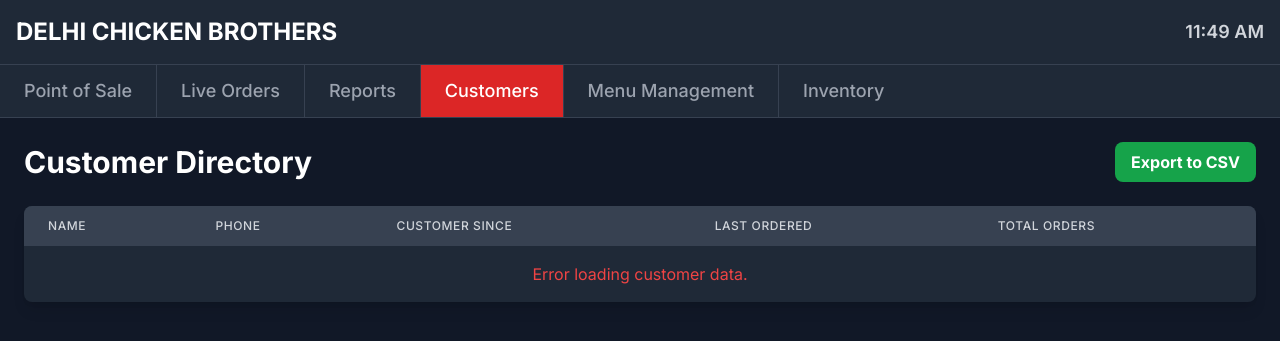
Repository: roydigital/dcb-pos-app
Page: customers.html
An editor plug-in stored every save of this project. The page is shown before and after the next save, followed by the edit.
The browser window is 1280 px wide. The pictures show the whole page.
The page's requests for data from a server got no answer. Some web libraries are served in a nearby version.

Above is the page before, as saved 2025-09-19 11:39:01.

### customers.html
<!DOCTYPE html>
<html lang="en">
<head>
    <meta charset="UTF-8">
    <meta name="viewport" content="width=device-width, initial-scale=1.0">
    <title>Customer Directory - DCB POS</title>
    <script src="https://cdn.tailwindcss.com"></script>
    <link rel="preconnect" href="https://fonts.googleapis.com">
    <link rel="preconnect" href="https://fonts.gstatic.com" crossorigin>
    <link href="https://fonts.googleapis.com/css2?family=Inter:wght@400;500;600;700&display=swap" rel="stylesheet">
    <style>
        body {
            font-family: 'Inter', sans-serif;
        }
    </style>
</head>
<body class="bg-gray-900 text-gray-200">
    <div class="flex flex-col h-screen">
        <!-- Header -->
        <header class="bg-gray-800 p-4 flex justify-between items-center shadow-md">
            <h1 class="text-2xl font-bold text-white">DELHI CHICKEN BROTHERS</h1>
            <div id="current-time" class="text-lg font-semibold text-gray-300"></div>
        </header>

        <!-- Navigation Bar -->
        <nav class="bg-gray-800 border-t border-b border-gray-700">
            <div class="flex">
                <a href="index.html" class="px-6 py-3 text-lg font-medium text-gray-400 hover:bg-gray-700 border-r border-gray-700">Point of Sale</a>
                <a href="live-orders.html" class="px-6 py-3 text-lg font-medium text-gray-400 hover:bg-gray-700 border-r border-gray-700">Live Orders</a>
                <a href="reports.html" class="px-6 py-3 text-lg font-medium text-gray-400 hover:bg-gray-700 border-r border-gray-700">Reports</a>
                <a href="customers.html" class="px-6 py-3 text-lg font-medium bg-red-600 text-white border-r border-gray-700">Customers</a>
                <a href="menu-management.html" class="px-6 py-3 text-lg font-medium text-gray-400 hover:bg-gray-700 border-r border-gray-700">Menu Management</a>
                <a href="inventory.html" class="px-6 py-3 text-lg font-medium text-gray-400 hover:bg-gray-700">Inventory</a>
            </div>
        </nav>

        <!-- Main Content -->
        <main class="flex-grow p-6">
            <div class="flex justify-between items-center mb-6">
                <h2 class="text-3xl font-bold text-white">Customer Directory</h2>
                <button id="export-btn" class="bg-green-600 hover:bg-green-700 text-white font-bold py-2 px-4 rounded-lg">Export to CSV</button>
            </div>

            <!-- Customers Table -->
            <div class="bg-gray-800 rounded-lg shadow-lg overflow-hidden">
                <table class="min-w-full">
                    <thead class="bg-gray-700">
                        <tr>
                            <th class="px-6 py-3 text-left text-xs font-medium text-gray-300 uppercase tracking-wider">Name</th>
                            <th class="px-6 py-3 text-left text-xs font-medium text-gray-300 uppercase tracking-wider">Phone</th>
                            <th class="px-6 py-3 text-left text-xs font-medium text-gray-300 uppercase tracking-wider">Customer Since</th>
                            <th class="px-6 py-3 text-left text-xs font-medium text-gray-300 uppercase tracking-wider">Last Ordered</th>
                            <th class="px-6 py-3 text-left text-xs font-medium text-gray-300 uppercase tracking-wider">Total Orders</th>
                        </tr>
                    </thead>
                    <tbody id="customer-table-body" class="divide-y divide-gray-700">
                        <!-- Customer rows will be inserted here dynamically -->
                    </tbody>
                </table>
            </div>
        </main>
    </div>

    <script>
        async function fetchAndDisplayCustomers() {
            const tableBody = document.getElementById('customer-table-body');
            tableBody.innerHTML = ''; // Clear existing rows
            try {
                const response = await fetch('/api/customers');
                if (!response.ok) {
                    throw new Error(`HTTP error! status: ${response.status}`);
                }
                const customers = await response.json();

                if (customers.length === 0) {
                    tableBody.innerHTML = '<tr><td colspan="5" class="text-center py-4 text-gray-500">No customers found.</td></tr>';
                    return;
                }

                customers.forEach(customer => {
                    const row = document.createElement('tr');
                    row.className = 'hover:bg-gray-700';

                    const customerSince = new Date(customer.createdAt).toLocaleDateString();
                    const lastOrdered = customer.lastOrdered ? new Date(customer.lastOrdered).toLocaleDateString() : 'N/A';

                    row.innerHTML = `
                        <td class="px-6 py-4 whitespace-nowrap">${customer.name}</td>
                        <td class="px-6 py-4 whitespace-nowrap">${customer.phone}</td>
                        <td class="px-6 py-4 whitespace-nowrap">${customerSince}</td>
                        <td class="px-6 py-4 whitespace-nowrap">${lastOrdered}</td>
                        <td class="px-6 py-4 whitespace-nowrap">${customer.totalOrders}</td>
                    `;
                    tableBody.appendChild(row);
                });

            } catch (error) {
                console.error('Failed to fetch customers:', error);
                tableBody.innerHTML = '<tr><td colspan="5" class="text-center py-4 text-red-500">Error loading customer data.</td></tr>';
            }
        }

        function updateTime() {
            const timeEl = document.getElementById('current-time');
            const now = new Date();
            timeEl.textContent = now.toLocaleTimeString('en-US', { hour: '2-digit', minute: '2-digit', hour12: true });
        }

        document.getElementById('export-btn').addEventListener('click', () => {
            window.location.href = '/api/customers/export';
        });

        // Initial calls
        document.addEventListener('DOMContentLoaded', fetchAndDisplayCustomers);
        updateTime();
        setInterval(updateTime, 1000);
    </script>
</body>
</html>

### assets/js/customers.js
async function fetchAndDisplayCustomers() {
    const tableBody = document.getElementById('customer-table-body');
    tableBody.innerHTML = ''; // Clear existing rows
    try {
        const response = await fetch('/api/customers');
        if (!response.ok) {
            throw new Error(`HTTP error! status: ${response.status}`);
        }
        const customers = await response.json();

        if (customers.length === 0) {
            tableBody.innerHTML = '<tr><td colspan="5" class="text-center py-4 text-gray-500">No customers found.</td></tr>';
            return;
        }

        customers.forEach(customer => {
            const row = document.createElement('tr');
            row.className = 'hover:bg-gray-700';

            const customerSince = new Date(customer.createdAt).toLocaleDateString();
            const lastOrdered = customer.lastOrdered ? new Date(customer.lastOrdered).toLocaleDateString() : 'N/A';

            row.innerHTML = `
                <td class="px-6 py-4 whitespace-nowrap">${customer.name}</td>
                <td class="px-6 py-4 whitespace-nowrap">${customer.phone}</td>
                <td class="px-6 py-4 whitespace-nowrap">${customerSince}</td>
                <td class="px-6 py-4 whitespace-nowrap">${lastOrdered}</td>
                <td class="px-6 py-4 whitespace-nowrap">${customer.totalOrders}</td>
            `;
            tableBody.appendChild(row);
        });

    } catch (error) {
        console.error('Failed to fetch customers:', error);
        tableBody.innerHTML = '<tr><td colspan="5" class="text-center py-4 text-red-500">Error loading customer data.</td></tr>';
    }
}

function updateTime() {
    const timeEl = document.getElementById('current-time');
    const now = new Date();
    timeEl.textContent = now.toLocaleTimeString('en-US', { hour: '2-digit', minute: '2-digit', hour12: true });
}

document.getElementById('export-btn').addEventListener('click', () => {
    window.location.href = '/api/customers/export';
});

// Initial calls
document.addEventListener('DOMContentLoaded', fetchAndDisplayCustomers);
updateTime();
setInterval(updateTime, 1000);

After the next save:
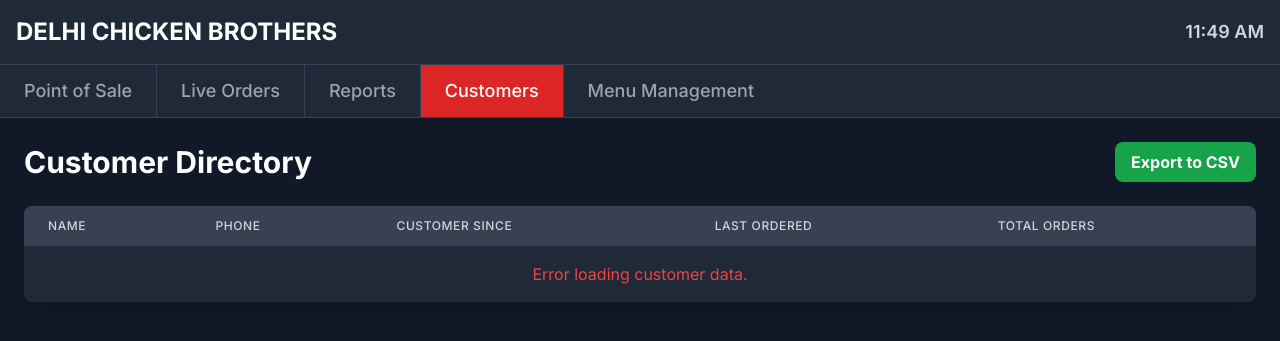
Saved 16 s later.
--- a/customers.html
+++ b/customers.html
@@ -29,8 +29,7 @@
                 <a href="live-orders.html" class="px-6 py-3 text-lg font-medium text-gray-400 hover:bg-gray-700 border-r border-gray-700">Live Orders</a>
                 <a href="reports.html" class="px-6 py-3 text-lg font-medium text-gray-400 hover:bg-gray-700 border-r border-gray-700">Reports</a>
                 <a href="customers.html" class="px-6 py-3 text-lg font-medium bg-red-600 text-white border-r border-gray-700">Customers</a>
-                <a href="menu-management.html" class="px-6 py-3 text-lg font-medium text-gray-400 hover:bg-gray-700 border-r border-gray-700">Menu Management</a>
-                <a href="inventory.html" class="px-6 py-3 text-lg font-medium text-gray-400 hover:bg-gray-700">Inventory</a>
+                <a href="menu-management.html" class="px-6 py-3 text-lg font-medium text-gray-400 hover:bg-gray-700">Menu Management</a>
             </div>
         </nav>
 
@@ -61,59 +60,6 @@
         </main>
     </div>
 
-    <script>
-        async function fetchAndDisplayCustomers() {
-            const tableBody = document.getElementById('customer-table-body');
-            tableBody.innerHTML = ''; // Clear existing rows
-            try {
-                const response = await fetch('/api/customers');
-                if (!response.ok) {
-                    throw new Error(`HTTP error! status: ${response.status}`);
-                }
-                const customers = await response.json();
-
-                if (customers.length === 0) {
-                    tableBody.innerHTML = '<tr><td colspan="5" class="text-center py-4 text-gray-500">No customers found.</td></tr>';
-                    return;
-                }
-
-                customers.forEach(customer => {
-                    const row = document.createElement('tr');
-                    row.className = 'hover:bg-gray-700';
-
-                    const customerSince = new Date(customer.createdAt).toLocaleDateString();
-                    const lastOrdered = customer.lastOrdered ? new Date(customer.lastOrdered).toLocaleDateString() : 'N/A';
-
-                    row.innerHTML = `
-                        <td class="px-6 py-4 whitespace-nowrap">${customer.name}</td>
-                        <td class="px-6 py-4 whitespace-nowrap">${customer.phone}</td>
-                        <td class="px-6 py-4 whitespace-nowrap">${customerSince}</td>
-                        <td class="px-6 py-4 whitespace-nowrap">${lastOrdered}</td>
-                        <td class="px-6 py-4 whitespace-nowrap">${customer.totalOrders}</td>
-                    `;
-                    tableBody.appendChild(row);
-                });
-
-            } catch (error) {
-                console.error('Failed to fetch customers:', error);
-                tableBody.innerHTML = '<tr><td colspan="5" class="text-center py-4 text-red-500">Error loading customer data.</td></tr>';
-            }
-        }
-
-        function updateTime() {
-            const timeEl = document.getElementById('current-time');
-            const now = new Date();
-            timeEl.textContent = now.toLocaleTimeString('en-US', { hour: '2-digit', minute: '2-digit', hour12: true });
-        }
-
-        document.getElementById('export-btn').addEventListener('click', () => {
-            window.location.href = '/api/customers/export';
-        });
-
-        // Initial calls
-        document.addEventListener('DOMContentLoaded', fetchAndDisplayCustomers);
-        updateTime();
-        setInterval(updateTime, 1000);
-    </script>
+    <script src="assets/js/customers.js"></script>
 </body>
 </html>
